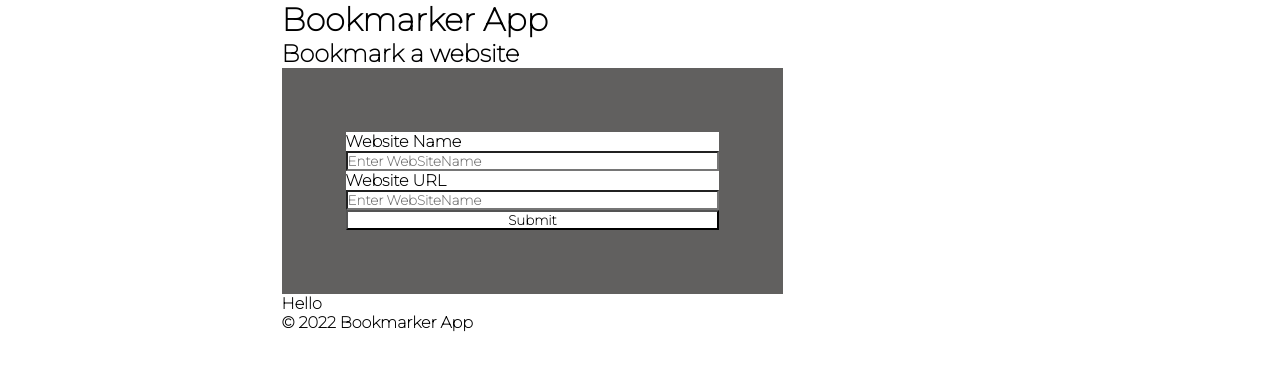
Repository: Suporl9/BookMarkerApp
Page: index.html
The author's editor kept a copy of each file at every save. The page is drawn from the files as they stood at one save, then again after the next save.
The browser window is 1280 px wide. The pictures show the whole page.

Above is the page before, as saved 2021-11-21 17:44:17.

### index.html
<!DOCTYPE html>
<html lang="en">
  <head>
    <meta charset="UTF-8" />
    <meta http-equiv="X-UA-Compatible" content="IE=edge" />
    <meta name="viewport" content="width=device-width, initial-scale=1.0" />
    <link rel="stylesheet" href="./style.css" />
    <title>Document</title>
  </head>
  <body>
    <div class="container">
      <div class="innerContainer">
        <div class="bookmarkerSection"><h1>Bookmarker App</h1></div>
        <div class="vh"></div>
        <div class="formInput">
          <form class="formSec">
            <h2>Bookmark a website</h2>
            <div class="sitesec">
              <label name="siteName">Website Name</label>
              <input
                type="text"
                name="sitename"
                placeholder="Enter WebSiteName"
              />
              <label name="siteName">Website URL</label>
              <input
                type="text"
                name="sitename"
                placeholder="Enter WebSiteName"
              />
              <button>Submit</button>
            </div>
          </form>
        </div>
        <div class="toBeAdded">Hello</div>
        <footer class="footer">
          <p>&copy; 2022 Bookmarker App</p>
        </footer>
      </div>
    </div>
  </body>
</html>

### style.css
@import url("https://fonts.googleapis.com/css2?family=Montserrat:wght@100&display=swap");

:root {
  --main-bg-color: rgb(255, 255, 255);
}
* {
  background-color: var(--main-bg-color);
  font-family: "Montserrat", sans-serif;
  box-sizing: border-box; /* includes padding in height and width(the box outside doesnot get bigger when adding padding and stuff)*/
  margin: 0;
  padding: 0;
  font-weight: bold;
  /* border: none; */
}
.container {
  margin: auto;
  width: 80%;
  display: flex;
  justify-content: center;
}
.innerContainer,
.formSec {
  display: flex;
  flex-direction: column;
  width: 70%;
}
.sitesec {
  display: flex;
  flex-direction: column;
  background-color: rgb(97, 96, 95);
  padding: 4rem;
}
.submBtn {
  margin-top: 5%;
}
/* .formSec,
.sitesec {
  display: flex;
  flex-direction: column;
} */
/* .sitesec {
  display: flex;
  flex-direction: column;
}
 */

After the next save:
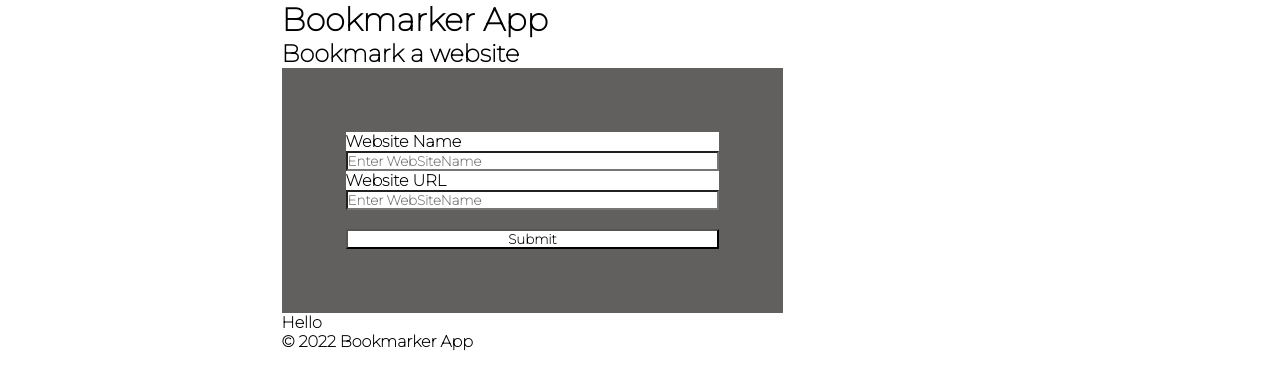
Saved 10 s later.
--- a/index.html
+++ b/index.html
@@ -28,7 +28,7 @@
                 name="sitename"
                 placeholder="Enter WebSiteName"
               />
-              <button>Submit</button>
+              <button class="submBtn">Submit</button>
             </div>
           </form>
         </div>
